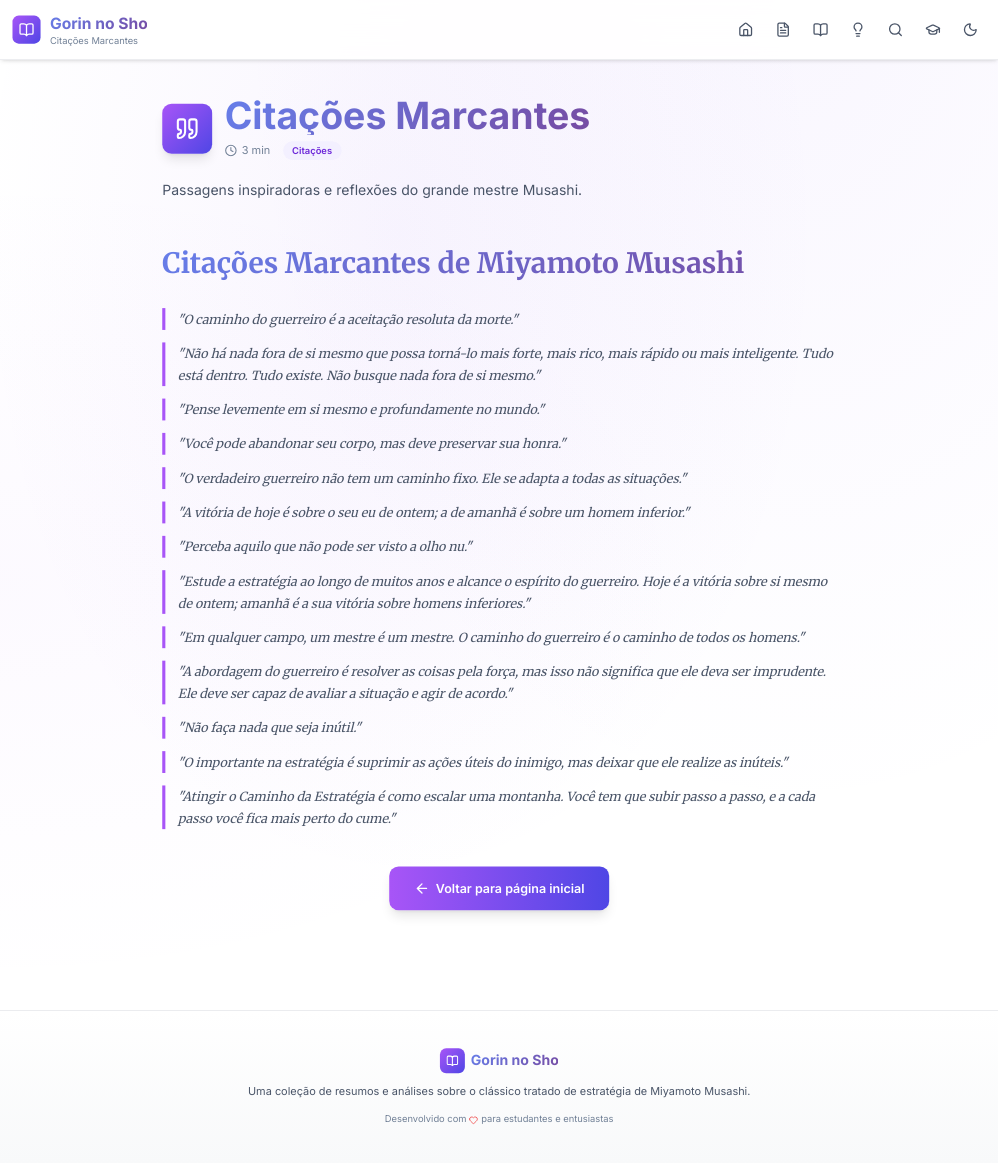
Repository: araguaci/miyamoto-musashi
Page: summaries/citacoes-marcantes.html
An editor plug-in stored every save of this project. The page is shown before and after a run of saves, followed by the edit.
The browser window is 1280 px wide. The pictures show the whole page, at 78% of full size.

Above is the page before, as saved 2025-11-25 10:31:46.

### summaries/citacoes-marcantes.html
<!DOCTYPE html>
<html lang="pt-BR">
<head>
    <meta charset="UTF-8">
    <meta name="viewport" content="width=device-width, initial-scale=1.0">
    <title>Citações Marcantes - Gorin no Sho</title>
    <meta name="description" content="Passagens inspiradoras e reflexões do grande mestre Musashi.">

    <!-- Tailwind CSS -->
    <link href="/output.css" rel="stylesheet">

    <!-- Lucide Icons -->
    <script src="https://unpkg.com/lucide@latest"></script>

    <style>
        @import url('https://fonts.googleapis.com/css2?family=Inter:wght@300;400;500;600;700;800;900&family=Merriweather:wght@300;400;700;900&family=Noto+Serif+JP:wght@400;600;700&display=swap');

        :root {
            /* Color System - Light Theme */
            --primary-50: #faf8ff;
            --primary-100: #f3f0ff;
            --primary-200: #e9e3ff;
            --primary-300: #d4c7ff;
            --primary-400: #b89eff;
            --primary-500: #9b6fff;
            --primary-600: #7c3aed;
            --primary-700: #6d28d9;
            --primary-800: #5b21b6;
            --primary-900: #4c1d95;

            /* Semantic Colors - Light Theme */
            --bg-primary: #ffffff;
            --bg-secondary: #f8f9fa;
            --bg-tertiary: #f1f3f5;

            --text-primary: #1a1a1a;
            --text-secondary: #4a5568;
            --text-tertiary: #718096;
            --text-quaternary: #a0aec0;

            --border-primary: #e5e7eb;
            --border-secondary: #d1d5db;
            --border-accent: #c4b5fd;

            --surface-elevated: #ffffff;
            --surface-overlay: rgba(0, 0, 0, 0.05);

            /* Gradients */
            --gradient-primary: linear-gradient(135deg, #7c3aed 0%, #5b21b6 100%);
            --gradient-secondary: linear-gradient(135deg, #ec4899 0%, #8b5cf6 100%);
            --gradient-success: linear-gradient(135deg, #10b981 0%, #059669 100%);
            --gradient-warm: linear-gradient(135deg, #f59e0b 0%, #dc2626 100%);
            --gradient-hero: linear-gradient(135deg, #667eea 0%, #764ba2 100%);

            /* Shadows - Light Theme */
            --shadow-sm: 0 1px 2px 0 rgba(0, 0, 0, 0.05);
            --shadow-md: 0 4px 6px -1px rgba(0, 0, 0, 0.08), 0 2px 4px -1px rgba(0, 0, 0, 0.04);
            --shadow-lg: 0 10px 15px -3px rgba(0, 0, 0, 0.1), 0 4px 6px -2px rgba(0, 0, 0, 0.05);
            --shadow-xl: 0 20px 25px -5px rgba(0, 0, 0, 0.12), 0 10px 10px -5px rgba(0, 0, 0, 0.04);
            --shadow-2xl: 0 25px 50px -12px rgba(0, 0, 0, 0.25);
            --shadow-glow: 0 0 20px rgba(124, 58, 237, 0.3);
            --shadow-inner: inset 0 2px 4px 0 rgba(0, 0, 0, 0.06);

            /* Animations */
            --transition-fast: 150ms cubic-bezier(0.4, 0, 0.2, 1);
            --transition-base: 250ms cubic-bezier(0.4, 0, 0.2, 1);
            --transition-slow: 350ms cubic-bezier(0.4, 0, 0.2, 1);
            --spring: cubic-bezier(0.34, 1.56, 0.64, 1);
        }

        .dark {
            /* Color System - Dark Theme */
            --primary-50: #1e1b24;
            --primary-100: #2d2838;
            --primary-200: #3d3548;
            --primary-300: #5a4d6f;
            --primary-400: #8b6fbd;
            --primary-500: #a78bfa;
            --primary-600: #b794f6;
            --primary-700: #c7a9ff;
            --primary-800: #d4bcff;
            --primary-900: #e4d4ff;

            /* Semantic Colors - Dark Theme */
            --bg-primary: #0f0f14;
            --bg-secondary: #16161d;
            --bg-tertiary: #1e1e2a;

            --text-primary: #f5f5f7;
            --text-secondary: #d1d5db;
            --text-tertiary: #9ca3af;
            --text-quaternary: #6b7280;

            --border-primary: #2d2d3a;
            --border-secondary: #3a3a4a;
            --border-accent: #5b21b6;

            --surface-elevated: #1a1a24;
            --surface-overlay: rgba(255, 255, 255, 0.05);

            /* Gradients - Dark Theme */
            --gradient-primary: linear-gradient(135deg, #8b5cf6 0%, #6d28d9 100%);
            --gradient-secondary: linear-gradient(135deg, #ec4899 0%, #a855f7 100%);
            --gradient-success: linear-gradient(135deg, #10b981 0%, #059669 100%);
            --gradient-warm: linear-gradient(135deg, #f59e0b 0%, #dc2626 100%);
            --gradient-hero: linear-gradient(135deg, #7c3aed 0%, #a855f7 100%);

            /* Shadows - Dark Theme */
            --shadow-sm: 0 1px 2px 0 rgba(0, 0, 0, 0.3);
            --shadow-md: 0 4px 6px -1px rgba(0, 0, 0, 0.4), 0 2px 4px -1px rgba(0, 0, 0, 0.3);
            --shadow-lg: 0 10px 15px -3px rgba(0, 0, 0, 0.5), 0 4px 6px -2px rgba(0, 0, 0, 0.3);
            --shadow-xl: 0 20px 25px -5px rgba(0, 0, 0, 0.6), 0 10px 10px -5px rgba(0, 0, 0, 0.4);
            --shadow-2xl: 0 25px 50px -12px rgba(0, 0, 0, 0.7);
            --shadow-glow: 0 0 30px rgba(139, 92, 246, 0.4);
            --shadow-inner: inset 0 2px 4px 0 rgba(0, 0, 0, 0.3);

            color-scheme: dark;
        }

        * {
            -webkit-font-smoothing: antialiased;
            -moz-osx-font-smoothing: grayscale;
        }

        body {
            font-family: 'Inter', -apple-system, BlinkMacSystemFont, 'Segoe UI', sans-serif;
            scroll-behavior: smooth;
        }

        .reading-font {
            font-family: 'Merriweather', 'Noto Serif JP', Georgia, serif;
            line-height: 1.8;
        }

        .gradient-text {
            background: var(--gradient-hero);
            -webkit-background-clip: text;
            -webkit-text-fill-color: transparent;
            background-clip: text;
            display: inline-block;
        }

        .bg-pattern-light {
            background-color: var(--bg-primary);
            background-image:
                radial-gradient(at 40% 20%, rgba(124, 58, 237, 0.05) 0px, transparent 50%),
                radial-gradient(at 80% 0%, rgba(139, 92, 246, 0.05) 0px, transparent 50%),
                radial-gradient(at 0% 50%, rgba(168, 85, 247, 0.03) 0px, transparent 50%);
        }

        .dark .bg-pattern-light {
            background-color: var(--bg-primary);
            background-image:
                radial-gradient(at 40% 20%, rgba(139, 92, 246, 0.08) 0px, transparent 50%),
                radial-gradient(at 80% 0%, rgba(168, 85, 247, 0.08) 0px, transparent 50%),
                radial-gradient(at 0% 50%, rgba(124, 58, 237, 0.05) 0px, transparent 50%);
        }

        nav {
            background-color: rgba(255, 255, 255, 0.9) !important;
            border-color: var(--border-primary) !important;
        }

        .dark nav {
            background-color: rgba(15, 15, 20, 0.9) !important;
            border-color: var(--border-primary) !important;
        }

        .nav-button {
            position: relative;
            transition: all var(--transition-base);
            color: var(--text-secondary);
        }

        .nav-button:hover {
            background: var(--surface-overlay);
            transform: scale(1.05);
            color: var(--text-primary);
        }

        .markdown-content h1 {
            font-size: 2.25rem;
            font-weight: 700;
            margin-bottom: 1.5rem;
            margin-top: 2rem;
            background: var(--gradient-hero);
            -webkit-background-clip: text;
            -webkit-text-fill-color: transparent;
            background-clip: text;
        }

        .markdown-content h2 {
            font-size: 1.875rem;
            font-weight: 700;
            margin-bottom: 1rem;
            margin-top: 1.5rem;
            color: var(--text-primary);
        }

        .markdown-content h3 {
            font-size: 1.5rem;
            font-weight: 600;
            margin-bottom: 0.75rem;
            margin-top: 1.25rem;
            color: var(--text-primary);
        }

        .markdown-content p {
            margin-bottom: 1rem;
            color: var(--text-secondary);
            line-height: 1.75;
        }

        .markdown-content ul, .markdown-content ol {
            margin-bottom: 1rem;
            margin-left: 1.5rem;
        }

        .markdown-content li {
            margin-bottom: 0.5rem;
            color: var(--text-secondary);
        }

        .markdown-content blockquote {
            border-left: 4px solid #a855f7;
            padding-left: 1rem;
            font-style: italic;
            margin: 1rem 0;
            color: var(--text-primary);
        }

        .markdown-content table {
            width: 100%;
            border-collapse: collapse;
            margin-bottom: 1rem;
        }

        .markdown-content th {
            background: rgba(168, 85, 247, 0.1);
            text-align: left;
            padding: 0.75rem;
            font-weight: 600;
        }

        .markdown-content td {
            border: 1px solid var(--border-primary);
            padding: 0.75rem;
        }

        .markdown-content code {
            background: var(--bg-tertiary);
            padding: 0.25rem 0.5rem;
            border-radius: 0.25rem;
            font-size: 0.875rem;
        }

        .markdown-content pre {
            background: var(--bg-tertiary);
            padding: 1rem;
            border-radius: 0.5rem;
            overflow-x: auto;
            margin-bottom: 1rem;
        }

        .markdown-content a {
            color: #7c3aed;
            text-decoration: underline;
        }

        .dark .markdown-content a {
            color: #b794f6;
        }

        .markdown-content hr {
            border: none;
            border-top: 1px solid var(--border-primary);
            margin: 2rem 0;
        }

        ::-webkit-scrollbar {
            width: 12px;
            height: 12px;
        }

        ::-webkit-scrollbar-track {
            background: var(--bg-secondary);
            border-radius: 6px;
        }

        ::-webkit-scrollbar-thumb {
            background: var(--gradient-primary);
            border-radius: 6px;
            border: 2px solid var(--bg-secondary);
        }

        * {
            scrollbar-width: thin;
            scrollbar-color: var(--primary-500) var(--bg-secondary);
        }
    </style>
</head>
<body class="bg-pattern-light min-h-screen transition-colors duration-500">

    <!-- Navigation -->
    <nav class="sticky top-0 z-40 backdrop-blur-lg border-b shadow-md" role="navigation">
        <div class="container mx-auto px-4 py-4">
            <div class="flex items-center justify-between">
                <div class="flex items-center space-x-3 group">
                    <a href="../index.html" class="flex items-center space-x-3 group">
                        <div class="icon-wrapper p-2 bg-gradient-to-br from-purple-500 to-indigo-600 rounded-lg">
                            <i data-lucide="book-open" class="w-5 h-5 text-white"></i>
                        </div>
                        <div>
                            <span class="text-xl font-bold gradient-text">Gorin no Sho</span>
                            <p class="text-xs hidden sm:block" style="color: var(--text-tertiary);">Citações Marcantes</p>
                        </div>
                    </a>
                </div>
                <div class="flex items-center space-x-2">
                    <a
                        href="../index.html"
                        class="nav-button p-2.5 rounded-lg transition-all"
                        aria-label="Voltar para página inicial"
                        title="Voltar">
                        <i data-lucide="home" class="w-5 h-5"></i>
                    </a>

            <a href="resumo-executivo.html"
               class="nav-button p-2.5 rounded-lg transition-all"
               title="Resumo Executivo">
                <i data-lucide="file-text" class="w-5 h-5"></i>
            </a>

            <a href="resumo-detalhado.html"
               class="nav-button p-2.5 rounded-lg transition-all"
               title="Resumo Detalhado">
                <i data-lucide="book-open" class="w-5 h-5"></i>
            </a>

            <a href="principais-insights.html"
               class="nav-button p-2.5 rounded-lg transition-all"
               title="Principais Insights">
                <i data-lucide="lightbulb" class="w-5 h-5"></i>
            </a>

            <a href="analise-critica.html"
               class="nav-button p-2.5 rounded-lg transition-all"
               title="Análise Crítica">
                <i data-lucide="search" class="w-5 h-5"></i>
            </a>

            <a href="guia-de-estudo.html"
               class="nav-button p-2.5 rounded-lg transition-all"
               title="Guia de Estudo">
                <i data-lucide="graduation-cap" class="w-5 h-5"></i>
            </a>

                    <button
                        id="theme-toggle"
                        class="nav-button p-2.5 rounded-lg transition-all"
                        aria-label="Alternar tema claro/escuro"
                        title="Alternar tema">
                        <i data-lucide="moon" class="w-5 h-5" id="theme-icon"></i>
                    </button>
                </div>
            </div>
        </div>
    </nav>

    <!-- Main Content -->
    <main class="container mx-auto px-4 py-12 max-w-4xl" role="main">
        <!-- Header -->
        <header class="mb-12">
            <div class="flex items-center gap-4 mb-6">
                <div class="p-4 bg-gradient-to-br from-purple-500 to-indigo-600 rounded-xl shadow-lg">
                    <i data-lucide="quote" class="w-8 h-8 text-white"></i>
                </div>
                <div>
                    <h1 class="text-4xl md:text-5xl font-bold mb-2 gradient-text">
                        Citações Marcantes
                    </h1>
                    <div class="flex items-center gap-4 text-sm" style="color: var(--text-tertiary);">
                        <span class="flex items-center gap-1.5">
                            <i data-lucide="clock" class="w-4 h-4"></i>
                            3 min
                        </span>
                        <span class="inline-flex items-center px-3 py-1 rounded-full text-xs font-semibold" style="background: var(--primary-100); color: var(--primary-700);">
                            Citações
                        </span>
                    </div>
                </div>
            </div>
            <p class="text-lg leading-relaxed" style="color: var(--text-secondary);">Passagens inspiradoras e reflexões do grande mestre Musashi.</p>
        </header>

        <!-- Content -->
        <article class="reading-font markdown-content prose prose-lg dark:prose-invert max-w-none">
            <h1>Citações Marcantes de Miyamoto Musashi</h1>
<blockquote>
<p>&quot;O caminho do guerreiro é a aceitação resoluta da morte.&quot;</p>
</blockquote>
<blockquote>
<p>&quot;Não há nada fora de si mesmo que possa torná-lo mais forte, mais rico, mais rápido ou mais inteligente. Tudo está dentro. Tudo existe. Não busque nada fora de si mesmo.&quot;</p>
</blockquote>
<blockquote>
<p>&quot;Pense levemente em si mesmo e profundamente no mundo.&quot;</p>
</blockquote>
<blockquote>
<p>&quot;Você pode abandonar seu corpo, mas deve preservar sua honra.&quot;</p>
</blockquote>
<blockquote>
<p>&quot;O verdadeiro guerreiro não tem um caminho fixo. Ele se adapta a todas as situações.&quot;</p>
</blockquote>
<blockquote>
<p>&quot;A vitória de hoje é sobre o seu eu de ontem; a de amanhã é sobre um homem inferior.&quot;</p>
</blockquote>
<blockquote>
<p>&quot;Perceba aquilo que não pode ser visto a olho nu.&quot;</p>
</blockquote>
<blockquote>
<p>&quot;Estude a estratégia ao longo de muitos anos e alcance o espírito do guerreiro. Hoje é a vitória sobre si mesmo de ontem; amanhã é a sua vitória sobre homens inferiores.&quot;</p>
</blockquote>
<blockquote>
<p>&quot;Em qualquer campo, um mestre é um mestre. O caminho do guerreiro é o caminho de todos os homens.&quot;</p>
</blockquote>
<blockquote>
<p>&quot;A abordagem do guerreiro é resolver as coisas pela força, mas isso não significa que ele deva ser imprudente. Ele deve ser capaz de avaliar a situação e agir de acordo.&quot;</p>
</blockquote>
<blockquote>
<p>&quot;Não faça nada que seja inútil.&quot;</p>
</blockquote>
<blockquote>
<p>&quot;O importante na estratégia é suprimir as ações úteis do inimigo, mas deixar que ele realize as inúteis.&quot;</p>
</blockquote>
<blockquote>
<p>&quot;Atingir o Caminho da Estratégia é como escalar uma montanha. Você tem que subir passo a passo, e a cada passo você fica mais perto do cume.&quot;</p>
</blockquote>

        </article>

        <!-- Back to Home -->
        <div class="mt-12 text-center">
            <a
                href="../index.html"
                class="inline-flex items-center gap-2 px-8 py-4 bg-gradient-to-r from-purple-500 to-indigo-600 text-white font-semibold rounded-xl shadow-lg hover:shadow-xl transition-all hover:scale-105">
                <i data-lucide="arrow-left" class="w-5 h-5"></i>
                Voltar para página inicial
            </a>
        </div>
    </main>

    <!-- Footer -->
    <footer class="border-t mt-20" style="background: linear-gradient(to bottom, var(--bg-primary), var(--bg-secondary)); border-color: var(--border-primary);">
        <div class="container mx-auto px-4 py-12">
            <div class="text-center">
                <div class="flex items-center justify-center gap-2 mb-3">
                    <div class="p-2 bg-gradient-to-br from-purple-500 to-indigo-600 rounded-lg">
                        <i data-lucide="book-open" class="w-4 h-4 text-white"></i>
                    </div>
                    <h3 class="font-bold gradient-text text-lg">Gorin no Sho</h3>
                </div>
                <p class="text-sm leading-relaxed mb-4" style="color: var(--text-secondary);">
                    Uma coleção de resumos e análises sobre o clássico tratado de estratégia de Miyamoto Musashi.
                </p>
                <p class="text-xs" style="color: var(--text-tertiary);">
                    Desenvolvido com <i data-lucide="heart" class="w-3 h-3 inline text-red-500"></i> para estudantes e entusiastas
                </p>
            </div>
        </div>
    </footer>

    <script>
        // Initialize Lucide icons
        lucide.createIcons();

        // Theme Toggle
        const themeToggle = document.getElementById('theme-toggle');
        const themeIcon = document.getElementById('theme-icon');
        const html = document.documentElement;

        // Check for saved theme preference
        const currentTheme = localStorage.getItem('theme') || 'light';
        if (currentTheme === 'dark') {
            html.classList.add('dark');
            themeIcon.setAttribute('data-lucide', 'sun');
        } else {
            html.classList.remove('dark');
            themeIcon.setAttribute('data-lucide', 'moon');
        }
        lucide.createIcons();

        themeToggle.addEventListener('click', () => {
            html.classList.toggle('dark');
            const isDark = html.classList.contains('dark');
            localStorage.setItem('theme', isDark ? 'dark' : 'light');
            themeIcon.setAttribute('data-lucide', isDark ? 'sun' : 'moon');
            lucide.createIcons();
        });
    </script>
</body>
</html>

Loaded but not shown: output.css (library)

After the next 2 saves:
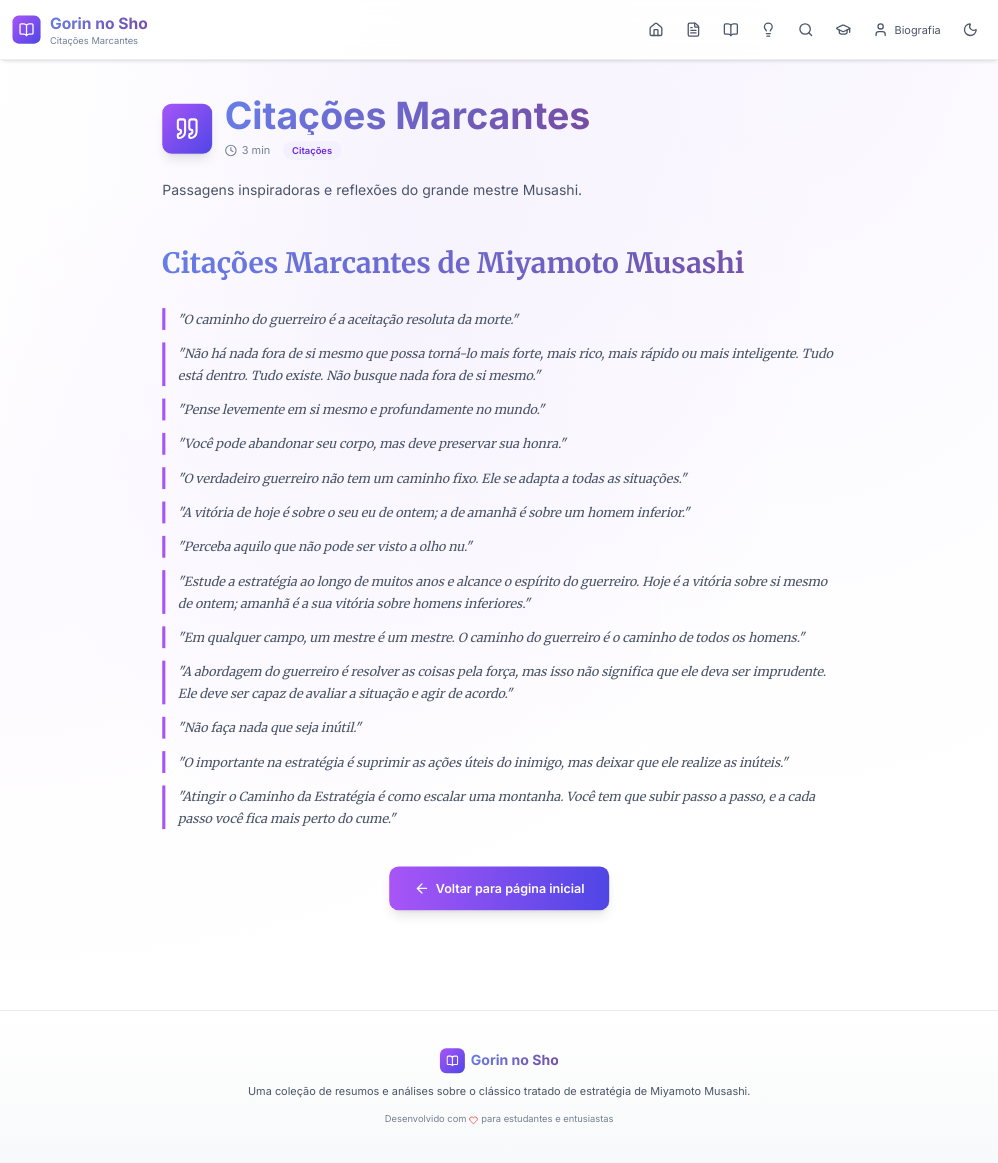
The 2 saves are shown as one change because they came seconds apart.
The last was saved 74 s later.
--- a/summaries/citacoes-marcantes.html
+++ b/summaries/citacoes-marcantes.html
@@ -353,6 +353,14 @@
                class="nav-button p-2.5 rounded-lg transition-all"
                title="Guia de Estudo">
                 <i data-lucide="graduation-cap" class="w-5 h-5"></i>
+            </a>
+
+            <a href="../biografia.html"
+               class="nav-button p-2.5 rounded-lg transition-all flex items-center gap-2"
+               aria-label="Biografia de Miyamoto Musashi"
+               title="Biografia">
+                <i data-lucide="user" class="w-5 h-5"></i>
+                <span class="hidden lg:inline-block text-sm">Biografia</span>
             </a>
 
                     <button
